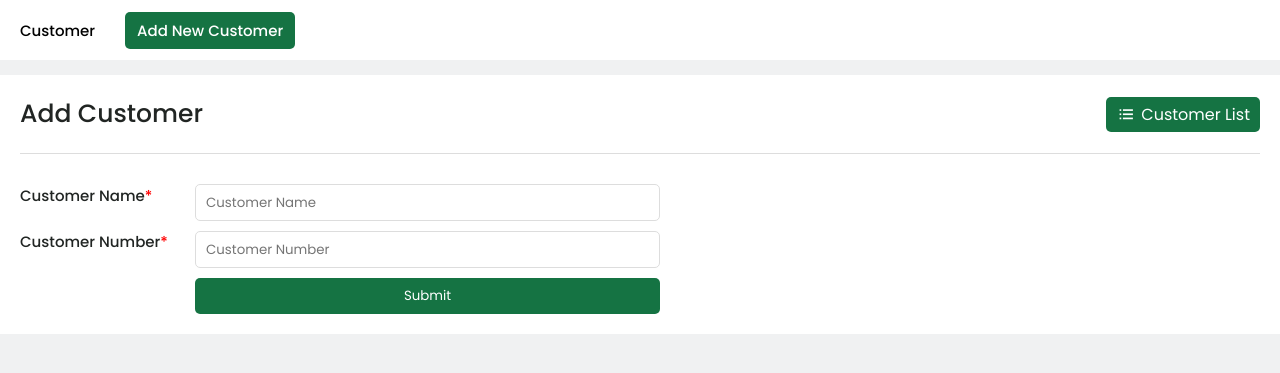
Repository: codebyaddro/customer-page
Page: pages/html/ancus.html
These files come from the project's save history. The page is drawn as it stood at one moment and after a run of saves; the edit follows.
The browser window is 1280 px wide. The pictures show the whole page.

Above is the page before, as saved 2025-02-20 15:14:48.

### pages/html/ancus.html
<!DOCTYPE html>
<html lang="en">
<head>
    <meta charset="UTF-8">
    <meta name="viewport" content="width=device-width, initial-scale=1.0">
    <!-- CSS -->
    <link rel="stylesheet" href="/pages/css/ancus.css">
    <!-- Icons -->
    <link href='https://unpkg.com/boxicons@2.1.4/css/boxicons.min.css' rel='stylesheet'>
    <title>Add New Customer - Page</title>
</head>
<body style="background-color: var(--gray-white);">
    <div class="cba-add-new-cus-container">
        <div class="cba-ancus-top-menus">
            <ul>
                <li><a href="/index.html" class="cba-ancus-light-up">Customer</a></li>
                <li><a href="/inner-pages/html/anc.html" class="cba-ancus-active-menu">Add New Customer</a></li>
            </ul>
        </div>
        <div class="cba-ancus-add-container">
            <div class="cba-ancus-heading-add-new-btn">
                <div class="cba-ancus-heading">
                    <h2>Add Customer</h2>
                </div>
                <div class="cba-ancus-cate-list-btn">
                    <i class='cba-ancus-add-icon bx bx-list-ul'></i>
                    <a href="/index.html">Customer List</a>
                </div>
            </div>
            <div class="cba-ancus-category-add-field">
                <div class="cba-ancus-form-con">
                    <div class="cba-ancus-label">
                        <label for="customer-name">Customer Name<span class="cba-ancus-required">*</span></label>
                        <label for="customer-number">Customer Number<span class="cba-ancus-required">*</span></label>
                    </div>
                    <div class="cba-ancus-input">
                        <input type="text" name="customer-name" id="customer-name" placeholder="Customer Name">
                        <input type="text" name="customer-number" id="customer-number" placeholder="Customer Number">
                        <div class="cba-ancus-submit-btn">
                            <input type="submit">
                        </div>
                    </div>
                </div>
            </div>
        </div>
    </div>
</body>
</html>

### pages/css/ancus.css
/* -- fonts -- */
@import url('https://fonts.googleapis.com/css2?family=Poppins:ital,wght@0,100;0,200;0,300;0,400;0,500;0,600;0,700;0,800;0,900;1,100;1,200;1,300;1,400;1,500;1,600;1,700;1,800;1,900&family=Raleway:ital,wght@0,100..900;1,100..900&family=Roboto:ital,wght@0,100;0,300;0,400;0,500;0,700;0,900;1,100;1,300;1,400;1,500;1,700;1,900&family=VT323&display=swap');

/* -- root -- */

:root {
    --gray-white: #F0F1F2;
    --white: #FFFFFF;
    --black: #000000;
    --gray-black: #DDDDDD;
    --light-black: #212523;
    --main-green: #157343;
    --main-light: #37A000;
    --light-orange: #FD7E14;
    --green: #008000;
    --light-green: #e9f6ec;
    --red: #FF0000;
    --light-red: #fbeaec;
}

/* --universal style -- */

* {
    margin: 0;
    padding: 0;
    box-sizing: border-box;
    font-family: "Poppins", serif;
}

/* -- website app text selection cursor style */

::selection {
    color: var(--white);
    background-color: var(--main-light);
}

/* -- add new container style -- */

.cba-add-new-cus-container {
    width: 100%;
}

/* -- top menus style--  */

.cba-ancus-top-menus {
    background-color: var(--white);
    display: flex;
    justify-content: left;
    align-items: center;
    height: 60px;
    padding: 0px 40px;
    margin-bottom: 15px;
}

.cba-ancus-top-menus ul {
    list-style-type: none;
    display: flex;
    gap: 30px;
    margin-left: -20px;
}

.cba-ancus-top-menus ul li a {
    text-decoration: none;
    color: var(--black);
    font-size: 15px;
    font-weight: 500;
}

/* -- active menu style -- */

.cba-ancus-active-menu {
    color: var(--white)!important;
    background-color: var(--main-green);
    padding: 8px 12px;
    border-radius: 5px;
}

/* -- menu hover style -- */

.cba-ancus-light-up:hover {
    color: var(--light-orange);
}

/* -- list container style -- */

.cba-ancus-add-container {
    background-color: var(--white);
    padding: 0px 20px;
}

/* -- heading-add-new-btn style -- */

.cba-ancus-heading-add-new-btn {
    display: flex;
    justify-content: space-between;
    align-items: center;
    border-bottom: 1px solid var(--gray-black);
    padding: 20px 0px;
}

.cba-ancus-heading h2 {
    color: var(--light-black);
    font-size: 25px;
    font-weight: 500;
}

/* -- add-new-btn style -- */

.cba-ancus-cate-list-btn {
    display: flex;
    gap: 5px;
    justify-content: baseline;
    align-items: center;
}

.cba-ancus-cate-list-btn {
    background-color: var(--main-green);
    padding: 5px 10px;
    border-radius: 5px;
}

.cba-ancus-cate-list-btn a {
    color: var(--white);
    text-decoration: none;
}

.cba-ancus-add-icon {
    color: var(--white);
    font-size: 20px;
}

/* -- customer add field style -- */

/* -- label red star style -- */
.cba-ancus-required {
    color: var(--red);
}

.cba-ancus-category-add-field {
    width: 50%;
    padding-top: 30px;
    padding-bottom: 20px;
}

.cba-ancus-form-con {
    display: grid;
    gap: 20px;
    grid-template-columns: 25% 75%;
}

.cba-ancus-form-con .cba-ancus-label {
    display: flex;
    justify-content: left;
    flex-direction: column;
}

.cba-ancus-form-con input {
    display: flex;
    justify-content: left;
    flex-direction: column;
    width: 500px;
}

.cba-ancus-form-con label {
    color: var(--light-black);
    font-size: 15px;
    font-weight: 500;
    margin-bottom: 22.5px;
}

input[type="text"] {
    width: 100%;
    padding: 7.5px 10px;
    border: 1px solid var(--gray-black);
    border-radius: 5px;
    outline: none;
    margin-top: 0px;
    margin-bottom: 10px;
}

select {
    width: 100%;
    padding: 7.5px 10px;
    border: 1px solid var(--gray-black);
    border-radius: 5px;
    outline: none;
    appearance: none;
}

.cba-ancus-submit-btn {
    display: flex;
    justify-content: right;
    margin-top: 10px;
}

input[type="submit"] {
    background-color: var(--main-green);
    color: var(--white);
    border: none;
    border-radius: 5px;
    padding: 8px 12px;
    cursor: pointer;
}

After the next 2 saves:
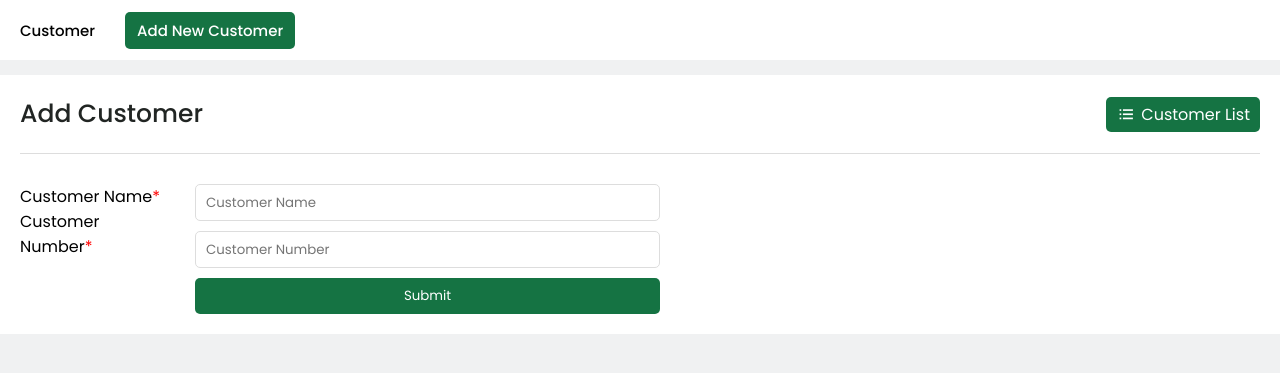
The 2 saves are shown as one change because they came seconds apart.
The last was saved 33 s later.
--- a/pages/css/ancus.css
+++ b/pages/css/ancus.css
@@ -161,13 +161,6 @@
     width: 500px;
 }
 
-.cba-ancus-form-con label {
-    color: var(--light-black);
-    font-size: 15px;
-    font-weight: 500;
-    margin-bottom: 22.5px;
-}
-
 input[type="text"] {
     width: 100%;
     padding: 7.5px 10px;

After the save that followed:
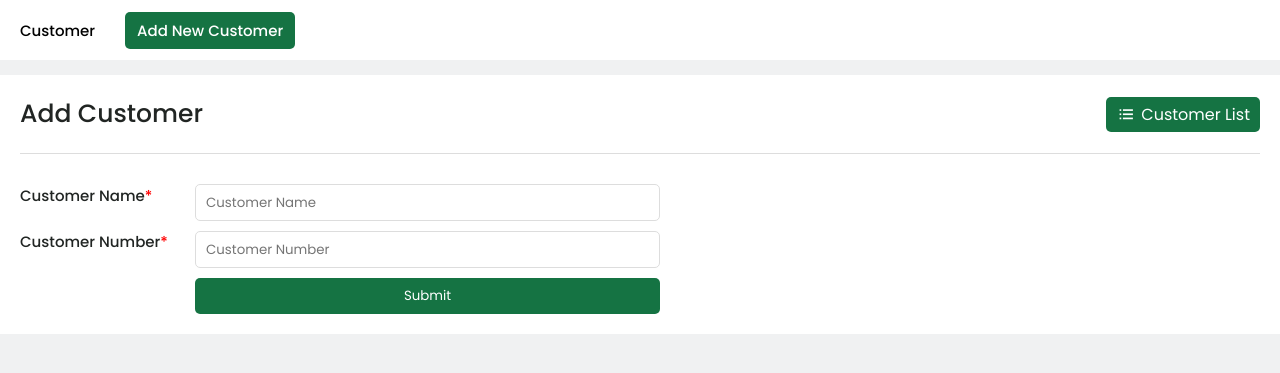
Saved 4 s later.
--- a/pages/css/ancus.css
+++ b/pages/css/ancus.css
@@ -154,6 +154,13 @@
     flex-direction: column;
 }
 
+.cba-ancus-form-con label {
+    color: var(--light-black);
+    font-size: 15px;
+    font-weight: 500;
+    margin-bottom: 22.5px;
+}
+
 .cba-ancus-form-con input {
     display: flex;
     justify-content: left;
